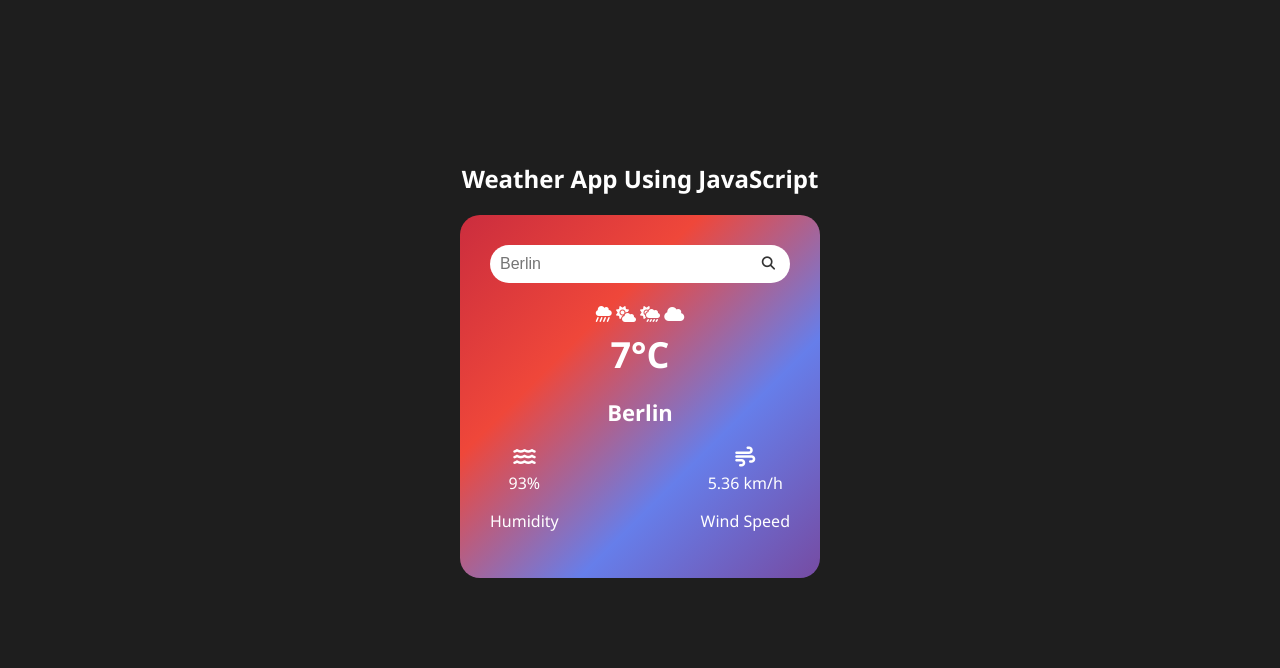
Repository: Femi007-gh/Forcast
Page: index.html
These files come from the project's save history. The page is drawn as it stood at one moment and after a run of saves; the edit follows.
The browser window is 1280 px wide. The pictures show the whole page.

Above is the page before, as saved 2025-05-06 17:22:25.
Console error (its wording comes from the project's code and is left out).

After the next 4 saves:
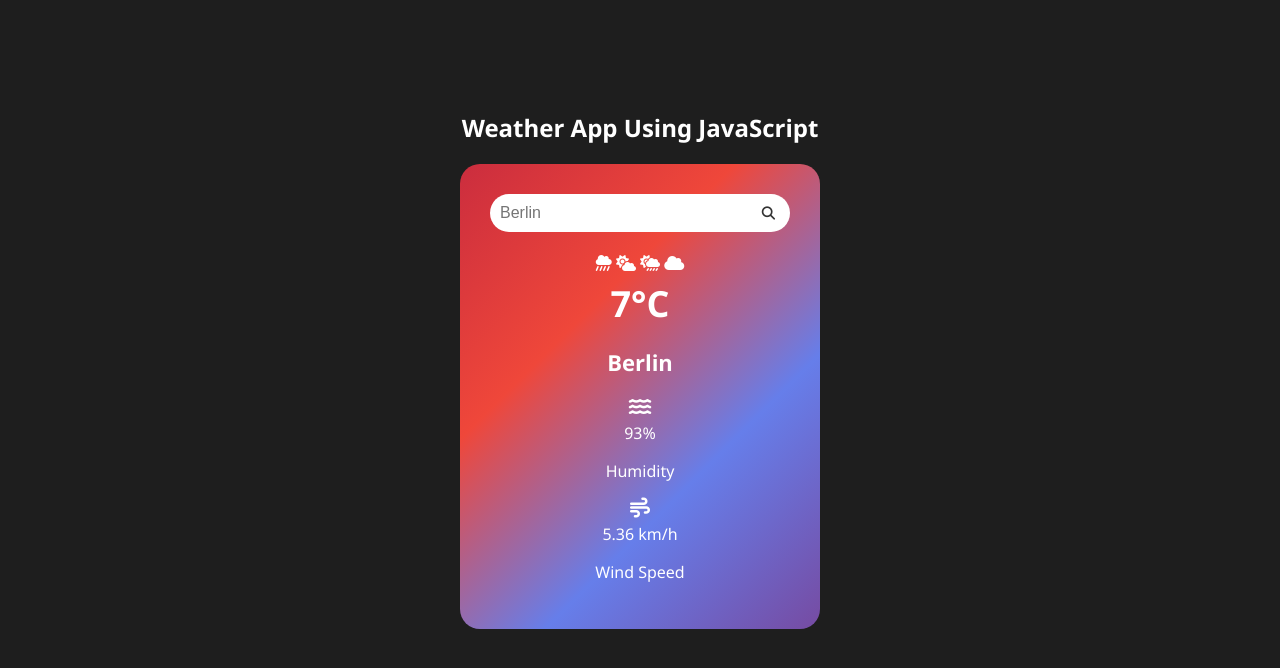
The 4 saves are shown as one change because they came seconds apart.
The last was saved 12 s later.
--- a/style.css
+++ b/style.css
@@ -63,8 +63,7 @@ body {
 }
 
 .details {
-  display: flex;
-  justify-content: space-between;
+  display: fle;
   margin-top: 20px;
 }
 
